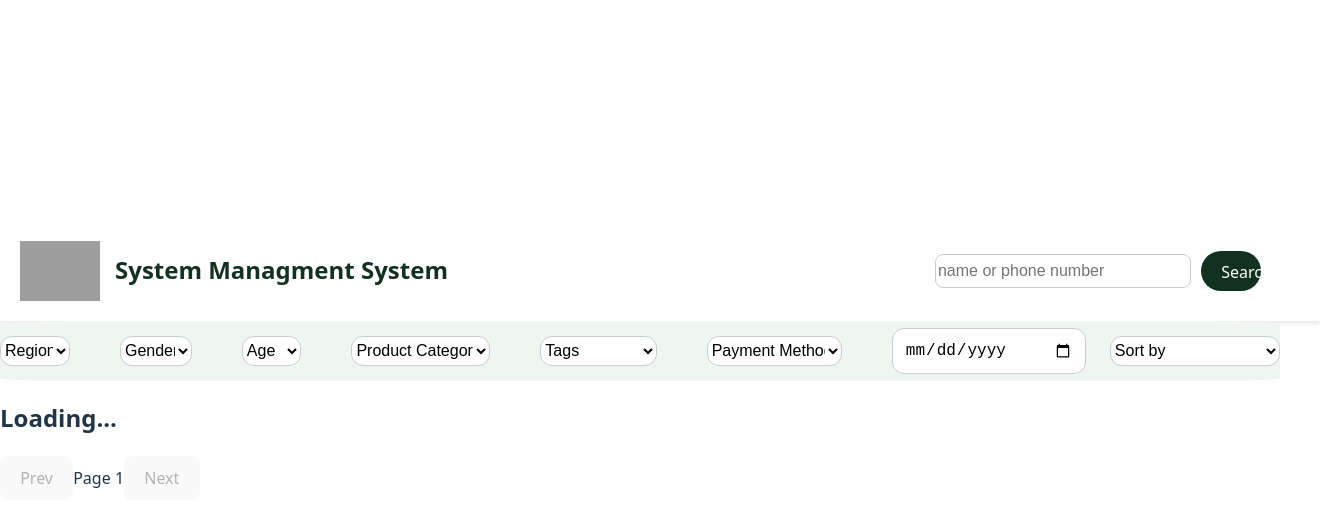
Repository: SandeepYadav18717/TruEstae
Page: / (app in TruEstae/)
The author's editor kept a copy of each file at every save. The page is drawn from the files as they stood at one save, then again after a run of saves.
The browser window is 1280 px wide. The page is 1320 px wide, so the pictures cover 1320 px, including what lies to the right of the window. The pictures show the whole page.
Pictures or frames that could not be fetched are drawn as grey boxes. The page's requests for data from a server got no answer. The project was rebuilt for these pictures with package versions that can differ from the ones it lists, and the page was loaded fresh each time. No one was signed in, and anything a server would have sent is missing. Also part of the build but not shown: TruEstae/vite.config.js, TruEstae/src/App.css, TruEstae/src/Styles/Table.css.

Above is the page before, as saved 2025-12-09 07:33:30.

After the next 3 saves:
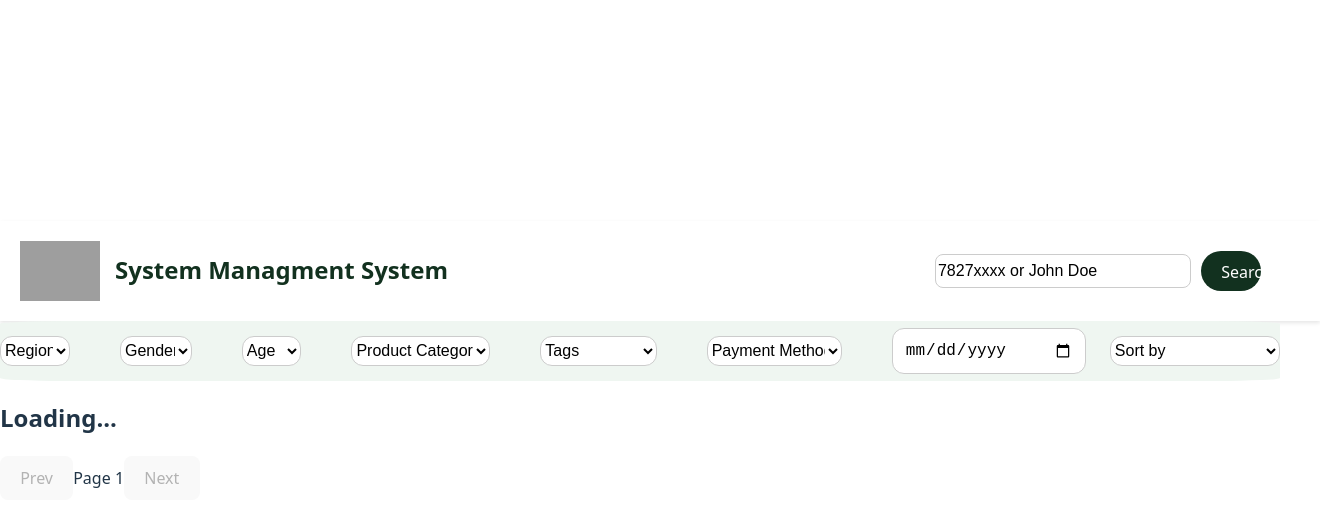
The 3 saves are shown as one change because they came seconds apart.
The last was saved 21 s later.
--- a/TruEstae/src/components/search_bar.jsx
+++ b/TruEstae/src/components/search_bar.jsx
@@ -2,7 +2,7 @@ import { useState } from 'react';
 import '../Styles/search_bar.css';
 
 function InputBar({ onSearch }) {
-  const [query, setQuery] = useState("");
+  const [query, setQuery] = useState("7827xxxx or John Doe");
 
   return (
     <div className="search_bar">
